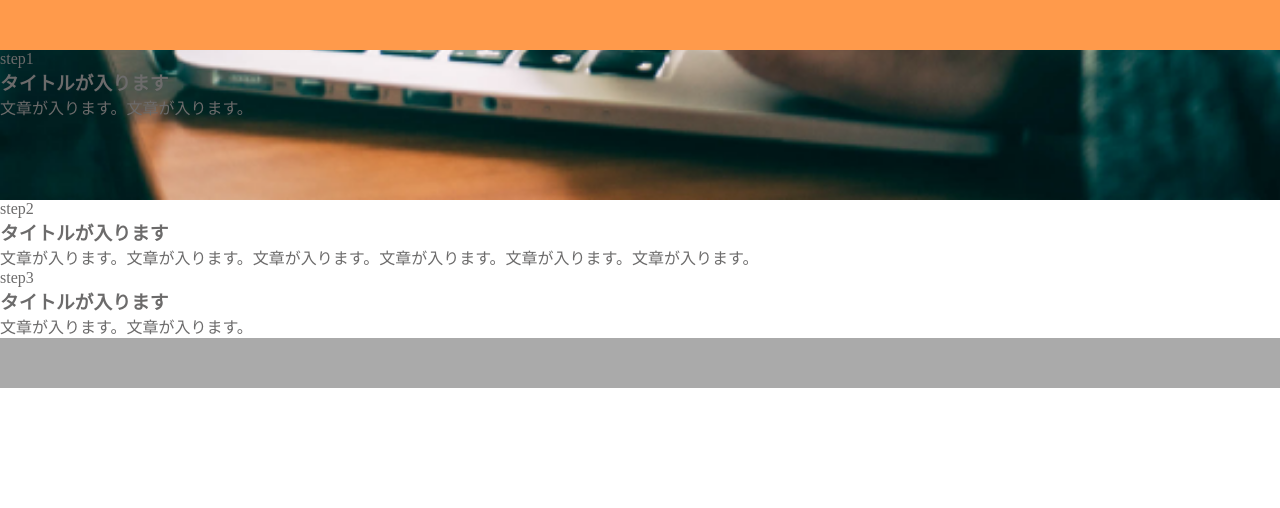
Repository: Yuki-Kawagoe/chapter4
Page: chapter9/index.html
The author's editor kept a record of every edit. The page is drawn from the files as they stood at one moment, then again after the next edit.
The browser window is 1280 px wide. The pictures show the whole page.

Above is the page before.

### chapter9/index.html
<!DOCTYPE html>
 <html lang="ja">
 <head>
  <meta charset="UTF-8">
  <link rel="stylesheet" href="style.css" />
  <title>Chapter9</title>
 </head>

 <body>
   <header></header>


   <main>
    <div class="step-box1">
      <div class="step-img1">
       <span class="step-num">step1</span>
        <h3 class="box-title">タイトルが入ります</h3>
          <p class="box-text">文章が入ります。文章が入ります。</p>
      </div>
    </div>

    <div class="step-box2">
      <div class="step-img">
       <span class="step-num">step2</span>
        <h3 class="box-title">タイトルが入ります</h3>
          <p class="box-text">文章が入ります。文章が入ります。文章が入ります。文章が入ります。文章が入ります。文章が入ります。</p>
      </div>
    </div>

    <div class="step-box3">
      <div class="step-img">
       <span class="step-num">step3</span>
        <h3 class="box-title">タイトルが入ります</h3>
          <p class="box-text">文章が入ります。文章が入ります。</p>
      </div>
    </div>




   </main>


   <footer></footer>

 </body>

### chapter9/style.css
* {
  margin: 0px;
  padding: 0px;
  box-sizing: border-box;
  color: #6c6b6b;
}

header {
  height: 50px;
  background-color: #FF9A4B
}

.main {
  width: 960px;
  margin: 50px auto;
  display: flex;

}

.step-box {
  width: 300px;
  padding: 10px;
  margin-right: 30px;
  background-color: #EEEEEE;
  position: relative;
}

.step-img1 {
  height: 150px;
  background-image: url(img/flow01.png);
  background-position: bottom;
  background-size: cover;
}

.step-img2 {
  height: 150px;
  background-image: url(img/flow02.png);
  background-position: bottom;
  background-size: cover;
}


.step-img3 {
  height: 150px;
  background-image: url(img/flow03.png);
  background-position:bottom;
  background-size:cover;
}

.stem-num {
  position: absolute;
  top:0;
  left:0;
  background-color: #ff9a4b;
  color: #fff;
}

.main-title {
  margin-top: 15px;
  margin-bottom: 5px;
}

.sub {
  background-color: #FF9A4B;
  color: white;
  height: 20px;
  width: 30px;
}

footer {
  width: 100%;
  height: 50px;
  background-color: #AAAAAA
}

After the next edit:
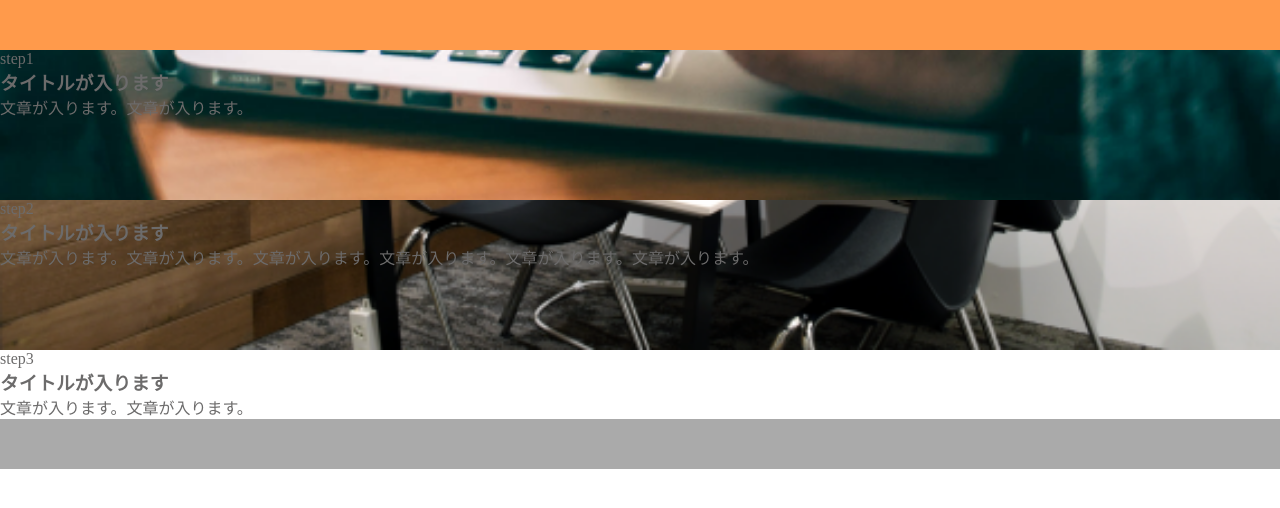
The edit:
--- a/chapter9/index.html
+++ b/chapter9/index.html
@@ -20,7 +20,7 @@
     </div>
 
     <div class="step-box2">
-      <div class="step-img">
+      <div class="step-img2">
        <span class="step-num">step2</span>
         <h3 class="box-title">タイトルが入ります</h3>
           <p class="box-text">文章が入ります。文章が入ります。文章が入ります。文章が入ります。文章が入ります。文章が入ります。</p>
